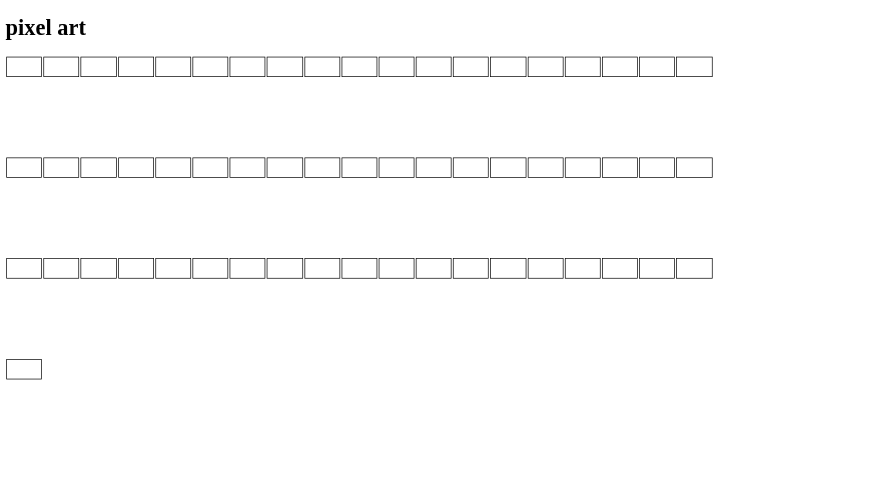
Repository: bechara611/pixelartdb
Page: /
An editor plug-in stored every save of this project. The page is shown before and after the next save, followed by the edit.
The browser window is 1280 px wide. The pictures show the part of the page from y = 0 to 1920 px (the page is 720 px tall before and 9780 px after), at 70% of full size.
The project was rebuilt for these pictures with package versions that can differ from the ones it lists, and the page was loaded fresh each time. Also part of the build but not shown: vite.config.js.

Above is the page before, as saved 2023-03-05 20:26:40.

### src/main.jsx
import React from 'react'
import ReactDOM from 'react-dom/client'
import App from './App'


ReactDOM.createRoot(document.getElementById('root')).render(

    <App />

)

### src/App.jsx

import { useEffect, useState } from 'react'
import './App.css'
import { Pixel } from './Pixel'

const App=()=> {
  const [tamano, settamano] = useState({
    t:10,
    h:1,
    w:1
  })
const  [pixels, setPixels] = useState([])

useEffect(() => {
  let contenedor = document.getElementById('contenedor')
console.log(contenedor.offsetHeight)
console.log(contenedor.offsetWidth)
let row = Math.ceil(contenedor.offsetHeight/10)
let col = Math.floor(contenedor.offsetWidth/10);
setPixels(Array.from({length:row}))
}, [])

const funcionArray=(index)=>{
  let nuevoArray = [...pixels]
  console.log(index)
 console.log(!nuevoArray[index])
}

  return (
    <>
      <h1>pixel art</h1>

      <div className="contenedor" id='contenedor'>
      {
        pixels.map((a,index)=>{
          return <Pixel key={index}
                  funcion={()=>funcionArray(index)}
          ></Pixel>
        })
      }

      </div>
    </>
  )
}

export default App

### src/App.css
.pixel {
  width: calc(100%/20);
  height: calc(100%/20);
  border: 1px solid black;
  margin: 1px;
  box-sizing: border-box;

}

.active {
  background: green;
}

.contenedor {

  display: flex;
  flex-direction: row;
  flex-wrap: wrap;


  width: 80vw;
  height: 80vh;

}

### src/Pixel.jsx
import React, { useState } from 'react'
import './App.css'
import {selectableGroup, createSelectable} from 'react-selectable-fast'
export const Pixel = (props) => {
    const [isActive, setisActive] = useState(false)
  return (

 <div className={`pixel ${props.active ? 'active' : ''}`} style={{ background:props.active ? props.color : ''}}
 onClick={()=>{
    setisActive(!isActive)
    props.funcion();
}}
onMouseDown={()=>{props.onMouseDown()}}
onMouseUp={()=>{props.onMouseUp()}}
onTouchEnd={()=>{props.onMouseUp()}}
onMouseOver={()=>{props.onMouseOver()}}
onTouchStart={()=>{{
    props.onMouseDown()
    props.onMouseOver()}}}
 >

 </div>
  )
}

Loaded but not shown: index.html (common file)

After the next save:
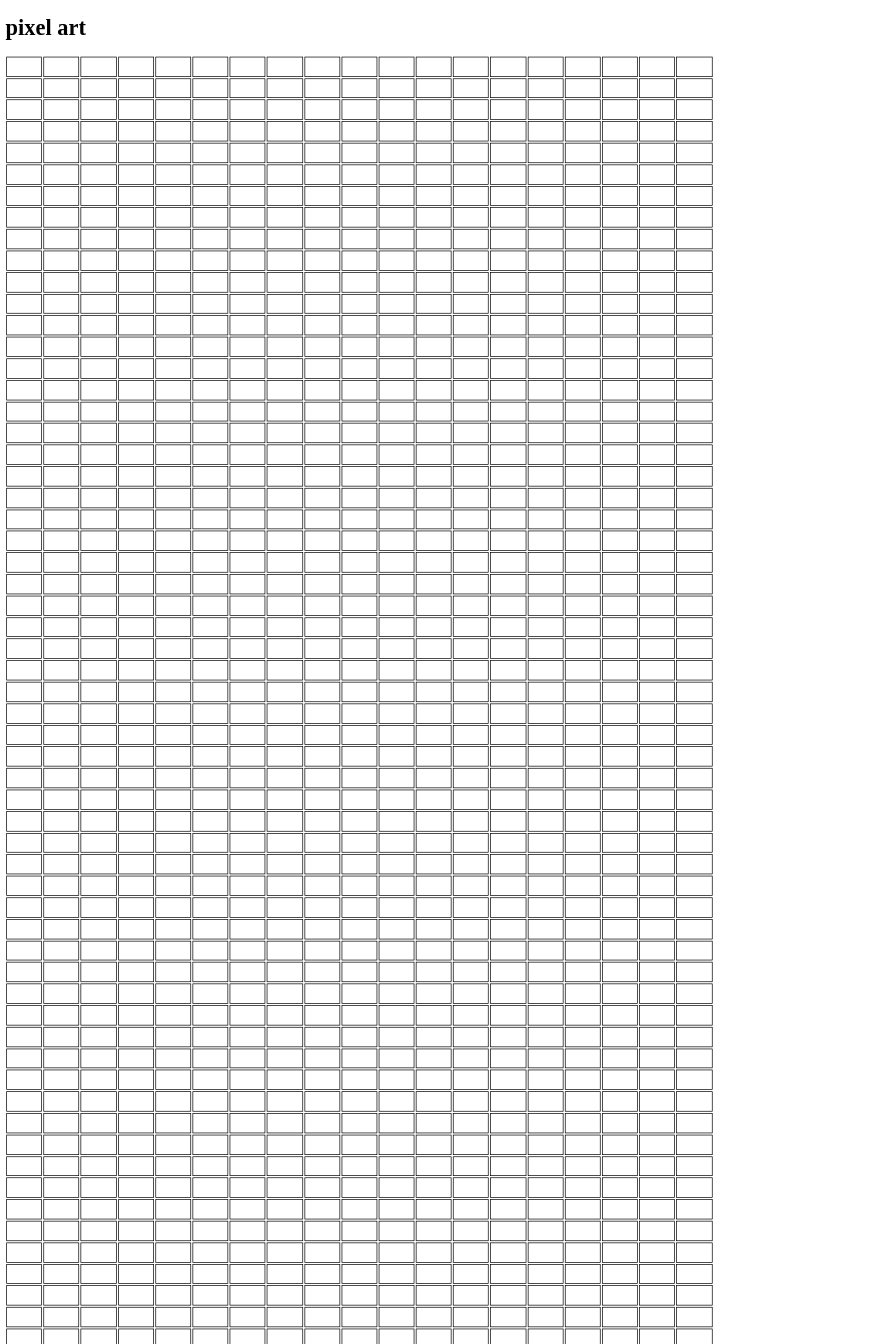
Saved 72 s later.
--- a/src/App.jsx
+++ b/src/App.jsx
@@ -16,8 +16,8 @@ useEffect(() => {
 console.log(contenedor.offsetHeight)
 console.log(contenedor.offsetWidth)
 let row = Math.ceil(contenedor.offsetHeight/10)
-let col = Math.floor(contenedor.offsetWidth/10);
-setPixels(Array.from({length:row}))
+let col = Math.ceil(contenedor.offsetWidth/10);
+setPixels(Array.from({length:row*col}))
 }, [])
 
 const funcionArray=(index)=>{
